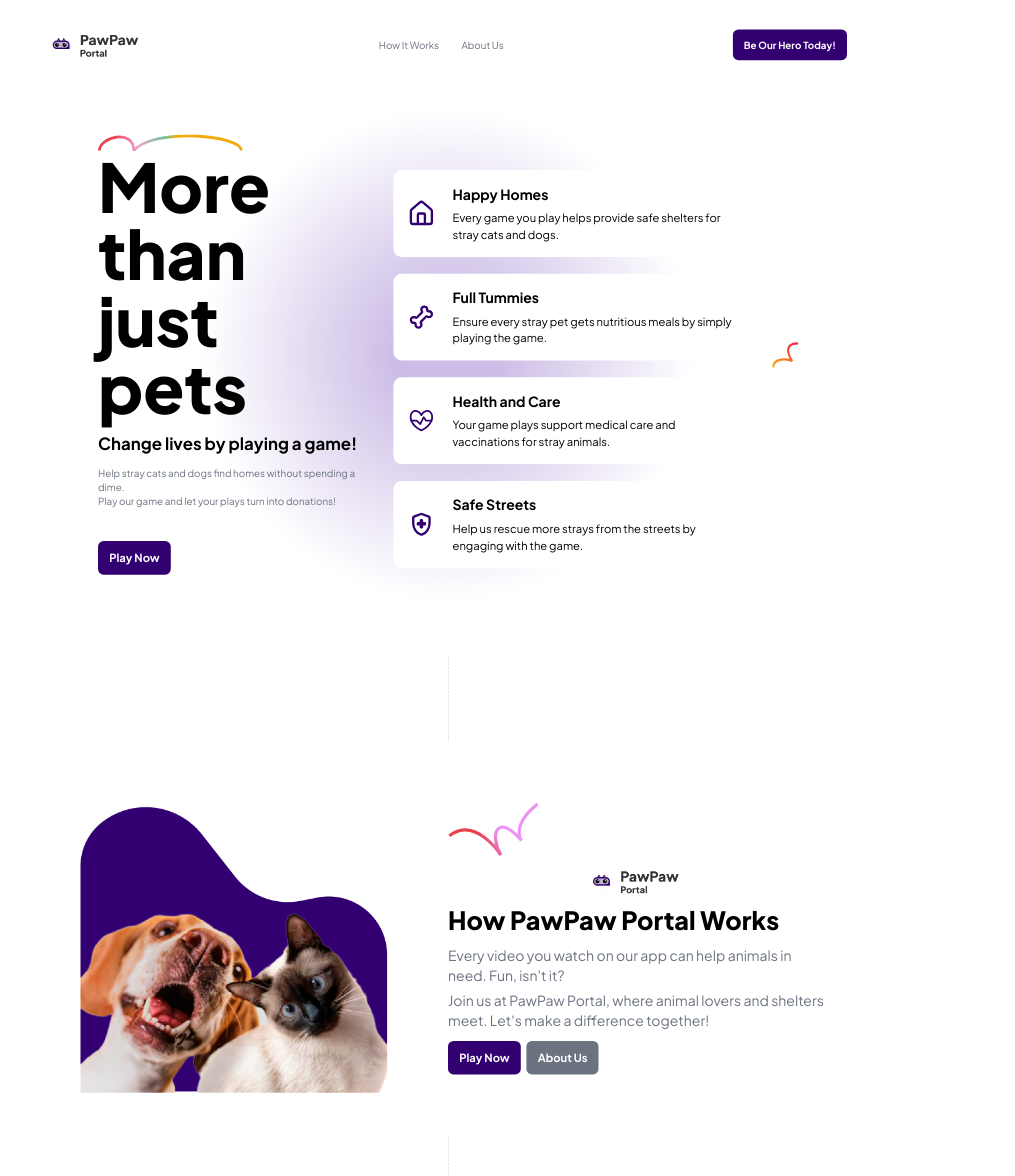
Repository: paskasiregar/pawpawwebsite
Page: /
The author's editor kept a copy of each file at every save. The page is drawn from the files as they stood at one save, then again after the next save.
The browser window is 1280 px wide. The page is 1450 px wide, so the pictures cover 1450 px, including what lies to the right of the window. The pictures show the part of the page from y = 0 to 1680 px (the page is 3234 px tall before and 3170 px after), at 70% of full size.
The project was rebuilt for these pictures with package versions that can differ from the ones it lists, and the page was loaded fresh each time. The framework's server and built-in components were replaced by stand-ins that run in the browser. Also part of the build but not shown: next.config.js, next.config.mjs.

Above is the page before, as saved 2024-07-31 14:06:31.

### src/app/layout.js
import { Inter } from "next/font/google";
import "./globals.css";

const inter = Inter({ subsets: ["latin"] });

export const metadata = {
  title: "PawPaw Portal | Your One-Stop Shelter",
  description: "Your One-Stop Shelter",
};

export default function RootLayout({ children }) {
  return (
    <html lang="en">
      <body className={inter.className}>{children}</body>
    </html>
  );
}

### src/app/page.js
import { Contact } from "@/components/contact";
import { Divider } from "@/components/divider";
import { Footer } from "@/components/footer";
import { Header } from "@/components/header";
import CTA from "@/components/CTA";
import Hero from "@/components/hero";
import PrimaryButton from "@/components/primaryButton";
import SecButton from "@/components/secButton";
import Image from "next/image";
import logoImage from "../assets/inverse.png";
import bannerImage from "../assets/banner.png";
import logoHeaderImage from "../assets/banner-10.png";

export default async function Home() {
  return (
    <div className="w-full font-plus-jakarta m-auto flex min-h-screen flex-col items-center justify-between py-4 md:py-8">
      <section className="space-y-4 w-full px-2 md:px-4">
        <div className="centeredcontainer main-container">
          <Header />
        </div>
        <main className="main-container">
          <Hero />
          <Divider />
          <div className="self-stretch bg-white flex flex-col md:flex-row">
            <div className="flex-1 relative h-48 md:h-[489px] z-[0] flex items-center justify-center">
              <Image
                className="w-[80%] h-auto object-cover"
                alt="banner"
                src={bannerImage}
                width={200}
                height={200}
              />
            </div>

            <div
              id="how-it-works"
              className="flex-1 flex flex-col items-center md:items-start justify-center gap-4 z-[1] p-4 md:p-8"
            >
              <div className="space-y-4">
                <div className="flex justify-center md:justify-start">
                  <svg
                    width="130"
                    height="77"
                    viewBox="0 0 130 77"
                    fill="none"
                    xmlns="http://www.w3.org/2000/svg"
                  >
                    <path
                      d="M2.04016 48.038C39.1938 19.0059 75.4362 75.5193 75.4362 75.5193C58.6481 44.4597 70.5515 14.7701 105.05 54.8444C105.05 54.8444 88.8644 34.0647 127.885 2.52962"
                      stroke="url(#paint0_linear_545_35744)"
                      strokeWidth="4.42591"
                      strokeMiterlimit="10"
                      strokeLinejoin="bevel"
                    />
                    <defs>
                      <linearGradient
                        id="paint0_linear_545_35744"
                        x1="19.971"
                        y1="73.8863"
                        x2="126.116"
                        y2="-0.218346"
                        gradientUnits="userSpaceOnUse"
                      >
                        <stop offset="0.2868" stopColor="#E9404C" />
                        <stop offset="0.2967" stopColor="#EA475C" />
                        <stop offset="0.3252" stopColor="#EB5B85" />
                        <stop offset="0.3554" stopColor="#EB6CA8" />
                        <stop offset="0.3871" stopColor="#EC79C5" />
                        <stop offset="0.4209" stopColor="#EC84DB" />
                        <stop offset="0.4577" stopColor="#ED8BEB" />
                        <stop offset="0.4998" stopColor="#ED90F4" />
                        <stop offset="0.5589" stopColor="#ED91F7" />
                      </linearGradient>
                    </defs>
                  </svg>
                </div>
                <div className="hidden md:flex items-center justify-center">
                  <Image
                    className="w-36 h-10 object-cover"
                    alt="Logo"
                    src={logoHeaderImage}
                    width={120}
                    height={20}
                  />
                </div>
                <div className="flex flex-col items-center md:items-start">
                  <div className="relative font-extrabold text-2xl md:text-4xl text-center md:text-left">
                    How PawPaw Portal Works
                  </div>
                </div>
                <div className="self-stretch flex flex-col md:flex-row items-center md:items-start justify-start text-lg md:text-xl text-gray-500">
                  <div className="flex-1 flex flex-col items-center md:items-start justify-start">
                    <div className="self-stretch">
                      <p className="m-0 text-center md:text-left">
                        Every video you watch on our app can help animals in
                        need. Fun, isn&apos;t it?
                      </p>
                      <p className="m-2"></p>
                      <p className="m-0 text-center md:text-left">
                        Join us at PawPaw Portal, where animal lovers and
                        shelters meet. Let&apos;s make a difference together!
                      </p>
                    </div>
                  </div>
                </div>

                <div className="flex flex-col md:flex-row gap-2">
                  <PrimaryButton>Play Now</PrimaryButton>
                  <SecButton>About Us</SecButton>
                </div>
              </div>
            </div>
          </div>
          <Divider />
          <Contact />
        </main>
        <div className="w-full">
          <div>
            <CTA />
          </div>
          <div id="about-us">
            <Footer />
          </div>
        </div>
      </section>
    </div>
  );
}

### src/app/globals.css
@import url("https://fonts.googleapis.com/css2?family=Plus+Jakarta+Sans:wght@400;600;700;800&display=swap");

@tailwind base;
@tailwind components;
@tailwind utilities;

body {
  font-family: "Plus Jakarta Sans", sans-serif;
}

.hero-bg {
  display: flex;
  background: radial-gradient(
    circle,
    rgb(204, 188, 230) 10%,
    rgb(255, 255, 255) 50%
  );
}

.cta-container {
  display: flex;
  justify-content: center;
  align-items: center;
  position: relative;
  background: radial-gradient(circle, rgb(14, 4, 4) 0%, rgb(14, 1, 51) 100%);
  padding: 20px;
  gap: 20px;
  min-height: 200px;
}

.cta-button {
  display: inline-block;
  padding: 20px 40px;
  font-size: 24px;
  font-weight: bold;
  color: white;
  background: black;
  border-radius: 40px;
  position: relative;
  z-index: 1;
  overflow: hidden;
  transition: all 0.3s ease;
  text-align: center;
}

.cta-button::before {
  content: "";
  position: absolute;
  top: -2px;
  left: -2px;
  right: -2px;
  bottom: -2px;
  background: linear-gradient(
    90deg,
    rgb(255, 244, 97) 0%,
    rgb(187, 61, 255) 50%,
    rgb(142, 23, 23) 100%
  );
  z-index: -1;
  border-radius: inherit;
}

.cta-button::after {
  content: "";
  position: absolute;
  top: 2px;
  left: 2px;
  right: 2px;
  bottom: 2px;
  background: black;
  z-index: -1;
  border-radius: inherit;
}

.cta-button:hover {
  color: rgb(237, 246, 133);
  background: white;
}

.footer-bg {
  background: radial-gradient(circle, rgb(14, 4, 4) 0%, rgb(14, 1, 51) 100%);
  color: white;
  text-align: center;
  padding: 20px;
}

.centeredcontainer {
  width: 100vw;
  height: auto;
}

.main-container {
  width: 100%;
  max-width: 1200px;
  margin: 0 auto;
  padding: 0 20px;
}
.header-content {
  display: flex;
  flex-direction: row;
  align-items: center;
  justify-content: space-between;
}

.header-logo-button {
  display: flex;
  flex-direction: row;
  align-items: center;
  gap: 16px; /* Adjust spacing as needed */
}

html {
  scroll-behavior: smooth;
}

### src/components/contact.jsx
import React from "react";
import PrimaryButton from "@/components/primaryButton";
import NameInput from "./nameInput";
import EmailInput from "./emailInput";
import MessageInput from "./mesageInput";
import Image from "next/image";
import logoHeaderImage from "../assets/banner-10.png";

export const Contact = () => {
  return (
    <div className="font-plus-jakarta flex flex-col items-center justify-center py-16 px-4 md:px-[200px] gap-[40px] text-29xl">
      <div className="flex justify-start items-start">
        <svg
          width="1620"
          height="188"
          viewBox="0 0 1620 188"
          fill="none"
          xmlns="http://www.w3.org/2000/svg"
        >
          <path
            d="M1891 188C1891 100.375 1784.67 29.342 1653.5 29.342C1522.34 29.342 1413.53 100.375 1413.53 188C1413.53 122.37 1317.84 69.158 1199.78 69.158C1081.72 69.158 986.029 122.362 986.029 188C986.029 85.8274 930.825 3 862.735 3C794.645 3 737.369 85.8274 737.369 188C737.369 108.853 646.33 44.6865 534.029 44.6865C421.728 44.6865 330.689 108.853 330.689 188C330.689 134.381 239.649 90.9105 127.349 90.9105C15.0481 90.9105 -76 134.381 -76 188"
            stroke="url(#paint0_linear_545_35799)"
            stroke-width="6"
            stroke-miterlimit="10"
            stroke-linejoin="bevel"
          />
          <defs>
            <linearGradient
              id="paint0_linear_545_35799"
              x1="-84.5283"
              y1="91.1699"
              x2="1899.52"
              y2="91.1699"
              gradientUnits="userSpaceOnUse"
            >
              <stop offset="0.0224" stop-color="#EBADD7" />
              <stop offset="1" stop-color="#FF2445" />
            </linearGradient>
          </defs>
        </svg>
      </div>
      <Image
        className="w-36 h-10 object-cover"
        alt="Logo"
        src={logoHeaderImage}
        width={120}
        height={20}
      />
      <div className="flex justify-center text-4xl font-extrabold space-y-4">
        Contact Us
      </div>
      <div className="w-full flex flex-col items-start gap-[16px] text-base text-light-l800 font-regular-reg-2">
        <div className="w-full flex flex-col md:flex-row gap-[20px]">
          <div className="w-full md:w-1/2">
            <NameInput className="w-full" />
          </div>
          <div className="w-full md:w-1/2">
            <EmailInput className="w-full" />
          </div>
        </div>
        <div className="w-full">
          <MessageInput className="w-full" />
        </div>
      </div>
      <PrimaryButton>Send Now</PrimaryButton>
    </div>
  );
};

export default Contact;

### src/components/divider.jsx
export const Divider = () => {
  return (
    <div className="self-stretch h-[195px] flex flex-row items-center justify-center py-16 px-[130px] box-border">
      <div className="w-px relative box-border h-[121px] border-r-[1px] border-dashed border-gray-300" />
    </div>
  );
};

### src/components/header.jsx
import Link from "next/link";
import PrimaryButton from "@/components/primaryButton";
import React from "react";
import Image from "next/image";
import logoHeaderImage from "../assets/banner-10.png";

export const Header = () => {
  return (
    <div className="font-plus-jakarta w-full flex flex-col items-center justify-center text-left text-gray-500">
      <div className="self-stretch bg-white flex flex-col items-center justify-center text-sm">
        <div className="w-full header-content p-2.5 box-border">
          <Link href="/">
            <Image
              className="w-36 h-10 object-cover"
              alt="Logo"
              src={logoHeaderImage}
              width={120}
              height={20}
            />
          </Link>
          <div className="hidden md:flex flex-row items-center justify-center gap-8">
            <div>
              <Link href="#how-it-works">How It Works</Link>
            </div>
            <div>
              <Link href="#about-us">About Us</Link>
            </div>
          </div>
          <div className="header-logo-button">
            <PrimaryButton>Be Our Hero Today!</PrimaryButton>
          </div>
        </div>
      </div>
    </div>
  );
};

export default Header;

### src/components/CTA.jsx
import React from "react";
import Link from "next/link";

const CTA = () => {
  return (
    <div className="cta-container font-plus-jakarta p-4 md:p-8 flex flex-col md:flex-row items-center justify-center">
      <svg
        className="cta-decoration mb-4 md:mb-0 md:mr-4"
        width="48"
        height="46"
        viewBox="0 0 48 46"
        fill="none"
        xmlns="http://www.w3.org/2000/svg"
      >
        <path
          d="M2 46C2 27.296 29.551 30.0086 36.5736 34.5625C36.5736 34.5625 14.4611 2 47.5714 2"
          stroke="url(#cta_gradient)"
          strokeWidth="3.92857"
          strokeMiterlimit="10"
          strokeLinejoin="bevel"
        />
        <defs>
          <linearGradient
            id="cta_gradient"
            x1="37.3571"
            y1="2"
            x2="7.5"
            y2="46"
            gradientUnits="userSpaceOnUse"
          >
            <stop stopColor="#FF2445" />
            <stop offset="1" stopColor="#F5AB0E" />
          </linearGradient>
        </defs>
      </svg>
      <Link href="/game">
        <div className="cta-button text-center bg-gradient-to-r from-orange-500 to-pink-500 text-white font-bold py-2 px-4 rounded-lg shadow-lg cursor-pointer">
          Play Our Game Now
        </div>
      </Link>
    </div>
  );
};

export default CTA;

### src/components/primaryButton.jsx
import React from "react";

const PrimaryButton = ({ children, onClick }) => {
  return (
    <button
      className="self-stretch  bg-inherit-320071 hover:bg-blue-700 text-white font-bold px-4 py-3 rounded-lg"
      onClick={onClick}
    >
      {children}
    </button>
  );
};

export default PrimaryButton;

### src/components/secButton.jsx
import React from "react";

const SecButton = ({ children, onClick }) => {
  return (
    <button
      className="bg-gray-500 hover:bg-gray-700 text-white font-bold py-2 px-4 rounded-lg"
      onClick={onClick}
    >
      {children}
    </button>
  );
};

export default SecButton;

### src/components/nameInput.jsx
import React from "react";

const NameInput = ({ value, onChange }) => {
  return (
    <div className="mb-4">
      <label
        className="block text-gray-700 text-sm font-bold mb-2"
        htmlFor="name"
      >
        Name
      </label>
      <input
        id="name"
        type="text"
        value={value}
        onChange={onChange}
        className="shadow appearance-none border rounded w-full py-2 px-3 text-gray-700 leading-tight focus:outline-none focus:shadow-outline"
        placeholder="Your Name"
      />
    </div>
  );
};

export default NameInput;

### src/components/emailInput.jsx
import React from "react";

const EmailInput = ({ value, onChange }) => {
  return (
    <div className="mb-4">
      <label
        className="block text-gray-700 text-sm font-bold mb-2"
        htmlFor="email"
      >
        Email
      </label>
      <input
        id="email"
        type="email"
        value={value}
        onChange={onChange}
        className="shadow appearance-none border rounded w-full py-2 px-3 text-gray-700 leading-tight focus:outline-none focus:shadow-outline"
        placeholder="Your Email"
      />
    </div>
  );
};

export default EmailInput;

### src/components/mesageInput.jsx
import React from "react";

const MessageInput = ({ value, onChange }) => {
  return (
    <div className="mb-4">
      <label
        className="block text-gray-700 text-sm font-bold mb-2"
        htmlFor="message"
      >
        Message
      </label>
      <textarea
        id="message"
        value={value}
        onChange={onChange}
        className="shadow appearance-none border rounded w-full py-2 px-3 text-gray-700 leading-tight focus:outline-none focus:shadow-outline"
        placeholder="Your Message"
        rows="5"
      />
    </div>
  );
};

export default MessageInput;

Loaded but not shown: tailwind.config.js (24 lines, source omitted); src/components/hero.jsx (211 lines, source omitted); src/components/footer.jsx (167 lines, source omitted)

After the next save:
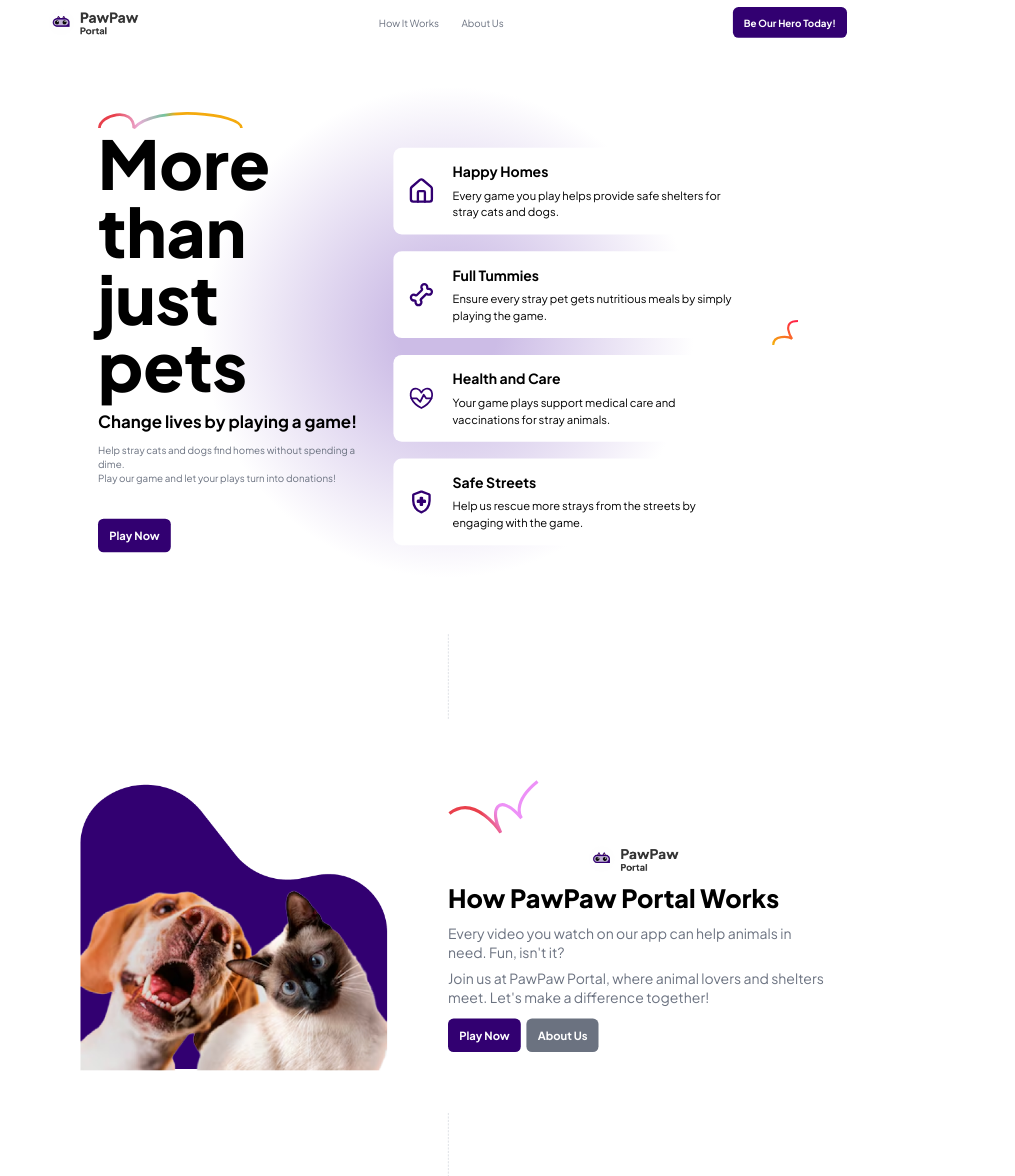
Saved 41 s later.
--- a/src/app/page.js
+++ b/src/app/page.js
@@ -13,7 +13,7 @@
 
 export default async function Home() {
   return (
-    <div className="w-full font-plus-jakarta m-auto flex min-h-screen flex-col items-center justify-between py-4 md:py-8">
+    <div className="w-full font-plus-jakarta m-auto flex min-h-screen flex-col items-center justify-between">
       <section className="space-y-4 w-full px-2 md:px-4">
         <div className="centeredcontainer main-container">
           <Header />

After the save that followed:
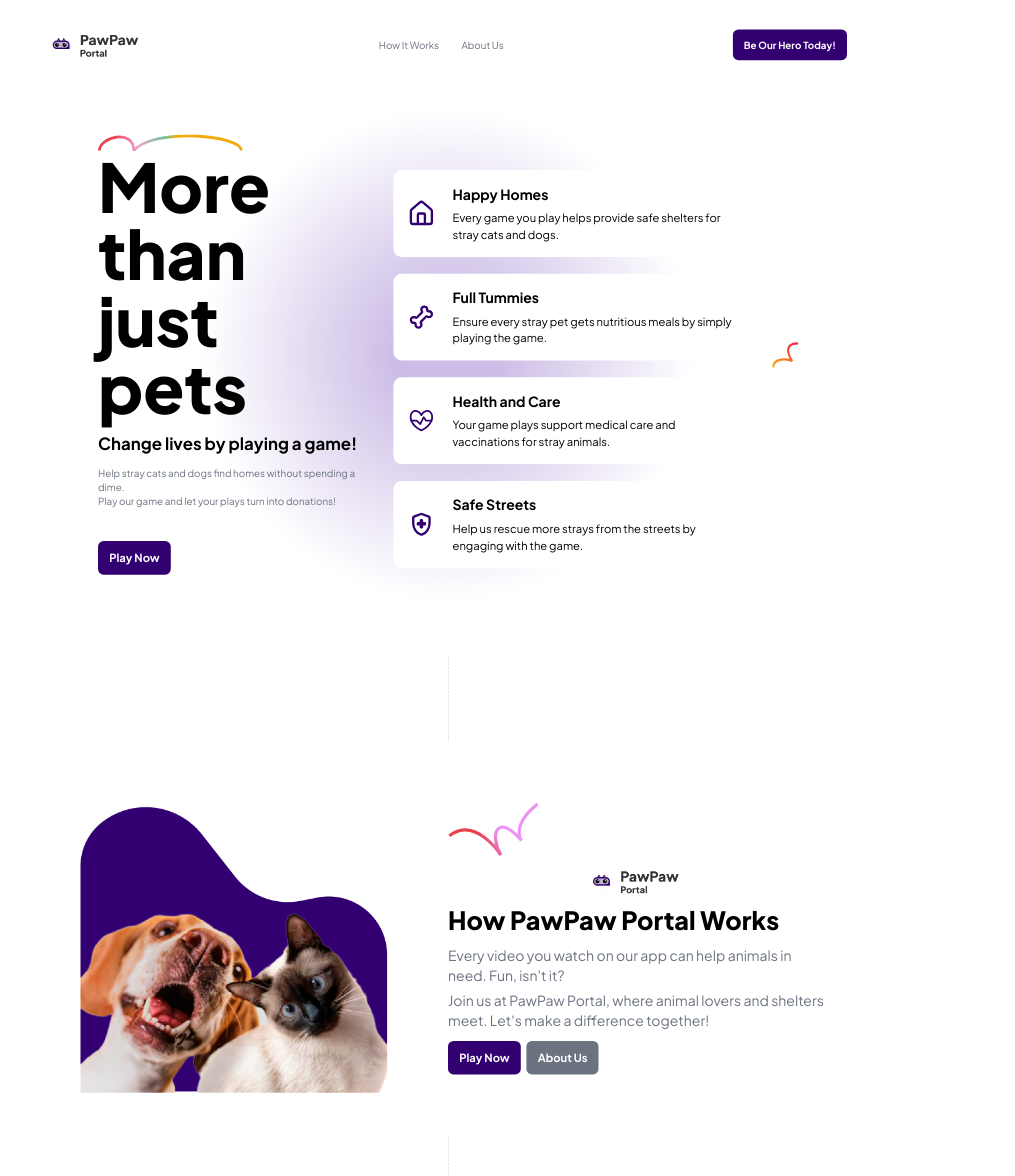
Saved 7 s later.
--- a/src/app/page.js
+++ b/src/app/page.js
@@ -13,7 +13,7 @@
 
 export default async function Home() {
   return (
-    <div className="w-full font-plus-jakarta m-auto flex min-h-screen flex-col items-center justify-between">
+    <div className="w-full font-plus-jakarta m-auto flex min-h-screen flex-col items-center justify-between py-4 md:py-8">
       <section className="space-y-4 w-full px-2 md:px-4">
         <div className="centeredcontainer main-container">
           <Header />
